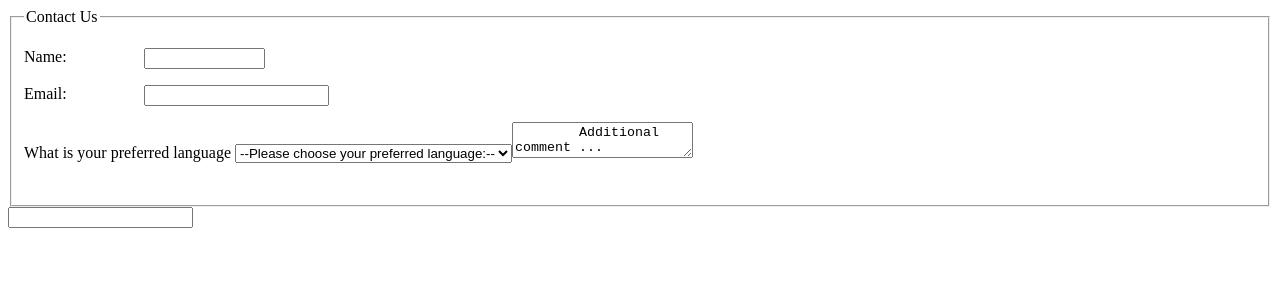
Repository: samuraijane/dc-builders
Page: week6/1-tuesday/homework/exercise2/index.html
An editor plug-in stored every save of this project. The page is shown before and after a run of saves, followed by the edit.
The browser window is 1280 px wide. The pictures show the whole page.

Above is the page before, as saved 2020-08-13 19:05:39.

### week6/1-tuesday/homework/exercise2/index.html
<!doctype html>

<html lang="en">
  <head>
    <meta charset="utf-8">
    <title>Week6 – Tuesday Homework Exercise 2</title>
    <meta name="description" content="Week6 – Tuesday Homework Exercise 2">
    <meta name="author" content="<yourNameGoesHere>">
    <link rel="stylesheet" href="style.css">
  </head>

  <body>
   <form onsubmit="alert('hello')">
    <fieldset>
      <legend>Contact Us</legend>
      <p>
        <label for="name"> Name: </label>
        <input type="text" id="name" name="name" required
                minlength="4" maxlength="10" size="12">
      </p>
      <p>
        <label for="email"> Email: </label>
        <input type="email" id="email" name="email" required>
      </p>
      <label for="language-select"> What is your preferred language </label>
      <select name="language" id="language-select">
        <option value="" disabled selected>--Please choose your preferred language:--</option>
        <option value="action">English</option>
        <option value="adventure">Spanish</option>
        <option value="comedy">French</option>
        <label for="additional-input"> Please provide additional details: </label>
        <p>
          <textarea id="additional-input" name="additional-input">
        Additional comment ...
          </textarea>
        </p>
    </fieldset>

    <input type="submit></submit>
  </form>
    <script src="script.js"></script>
  </body>
</html>

### week6/1-tuesday/homework/exercise2/style.css
label {
    min-width: 120px;
}

p {
    display: flex;
}

Loaded but not shown: week6/1-tuesday/homework/exercise2/script.js (empty)

After the next 5 saves:
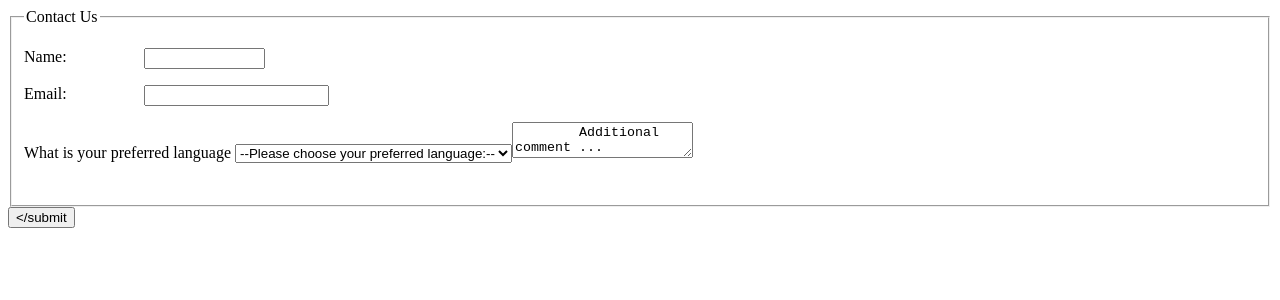
The 5 saves are shown as one change because they came seconds apart.
The last was saved 11 s later.
--- a/week6/1-tuesday/homework/exercise2/index.html
+++ b/week6/1-tuesday/homework/exercise2/index.html
@@ -36,7 +36,7 @@
         </p>
     </fieldset>
 
-    <input type="submit></submit>
+    <input type="submit" value=</submit>
   </form>
     <script src="script.js"></script>
   </body>
